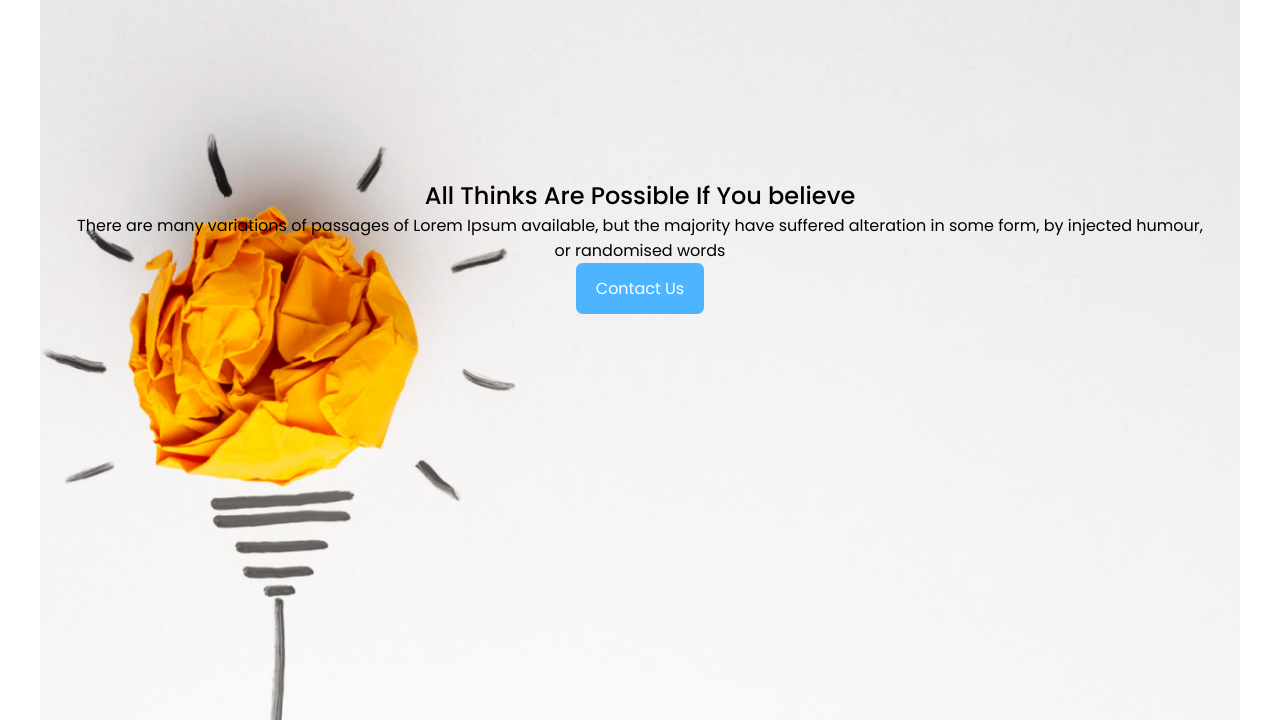
Repository: mdrubel02/new-year-new-mission
Page: index.html
The author's editor kept a copy of each file at every save. The page is drawn from the files as they stood at one save, then again after the next save.
The browser window is 1280 px wide. The pictures show the whole page.

Above is the page before, as saved 2023-01-06 22:18:50.

After the next save:
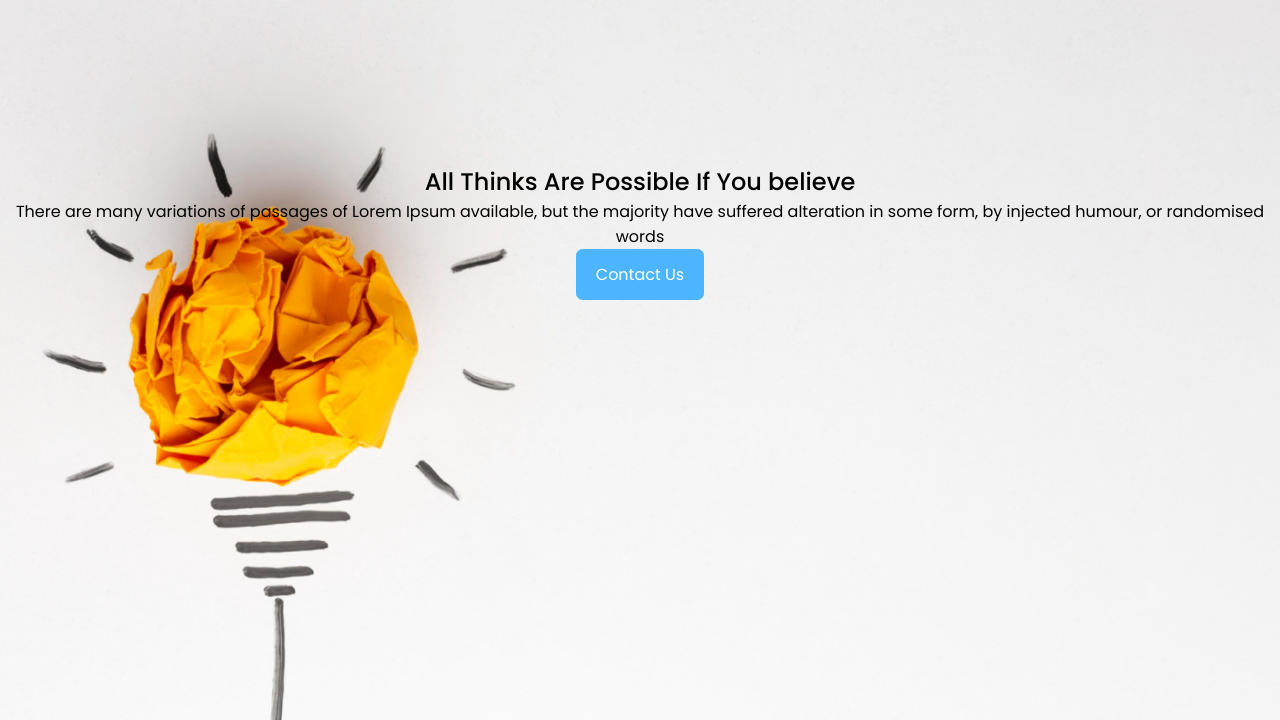
Saved 30 s later.
--- a/index.html
+++ b/index.html
@@ -11,7 +11,7 @@
 <body>
     <header>
         <!--------- banner section --------->
-        <section class="banner_section container">
+        <section class="banner_section ">
                 <div class="banner">
                     <h1>All Thinks Are Possible If You believe</h1>
                     <p>There are many variations of passages of Lorem Ipsum available, but the majority have suffered alteration in some form, by injected humour, or randomised words</p>
